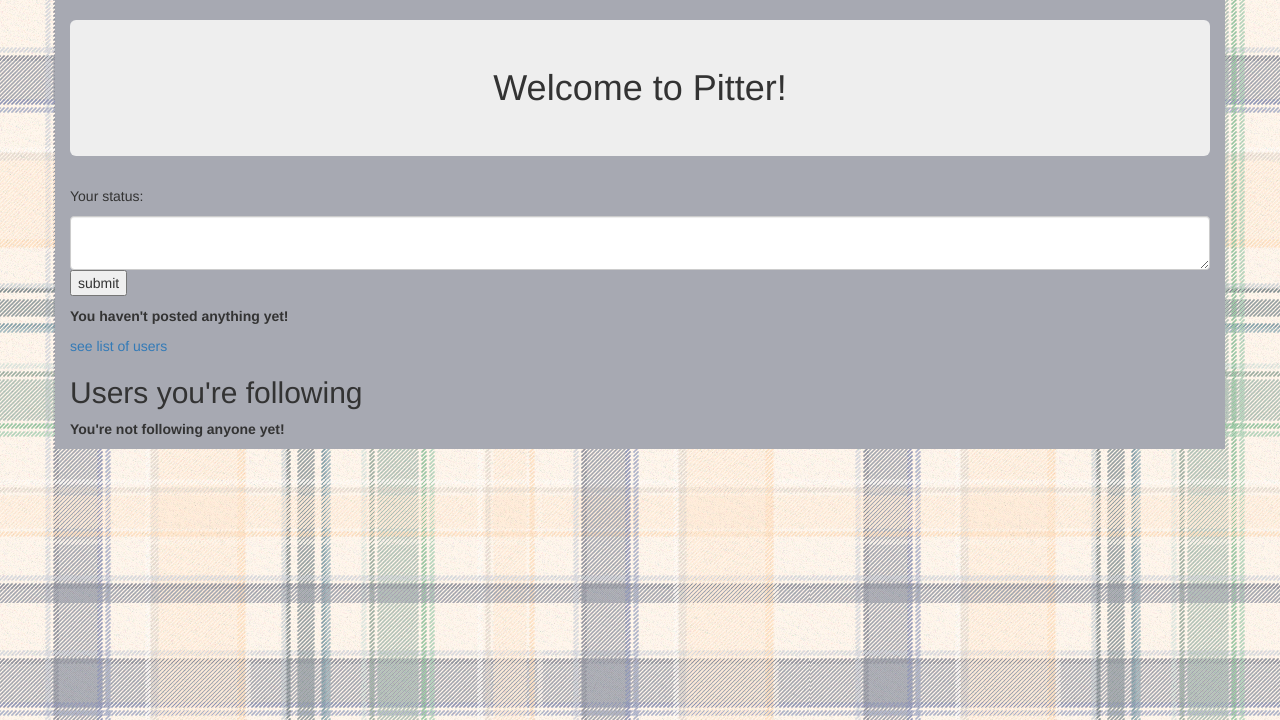
Repository: PercyODI/pitter
Page: http://localhost/
The author's editor kept a record of every edit. The page is drawn from the files as they stood at one moment, then again after the next edit.
The browser window is 1280 px wide. The pictures show the whole page.
The page is run by PHP 8.4 with error messages shown; the project is at /var/www/html/. Queries for data that is not in the repository find no rows.

Above is the page before.

After the next edit:
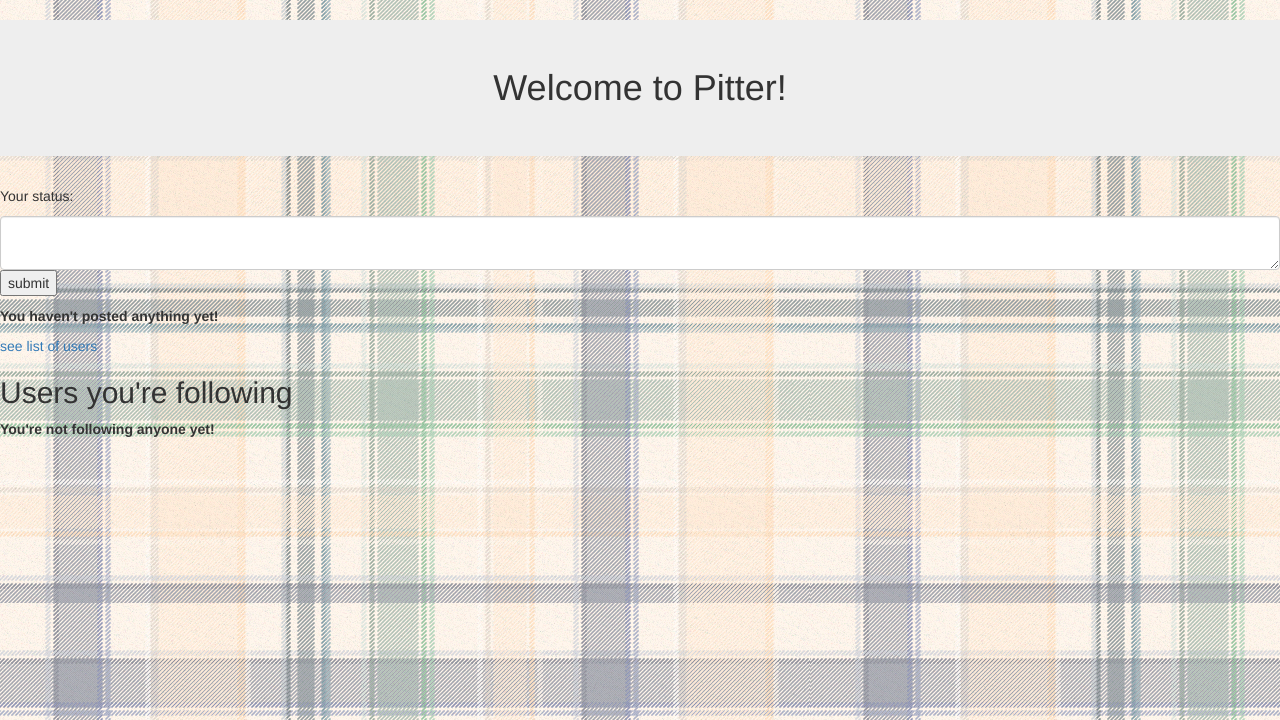
The edit:
--- a/index.php
+++ b/index.php
@@ -13,7 +13,7 @@
         <link href="css/bootstrap.css" rel="stylesheet">
     </head>
     <body>
-        <div class="container" style="background-color: #A7A9B2">
+
             <br>
             <h1 class="jumbotron centerfy">Welcome to Pitter!</h1>
             <?php
